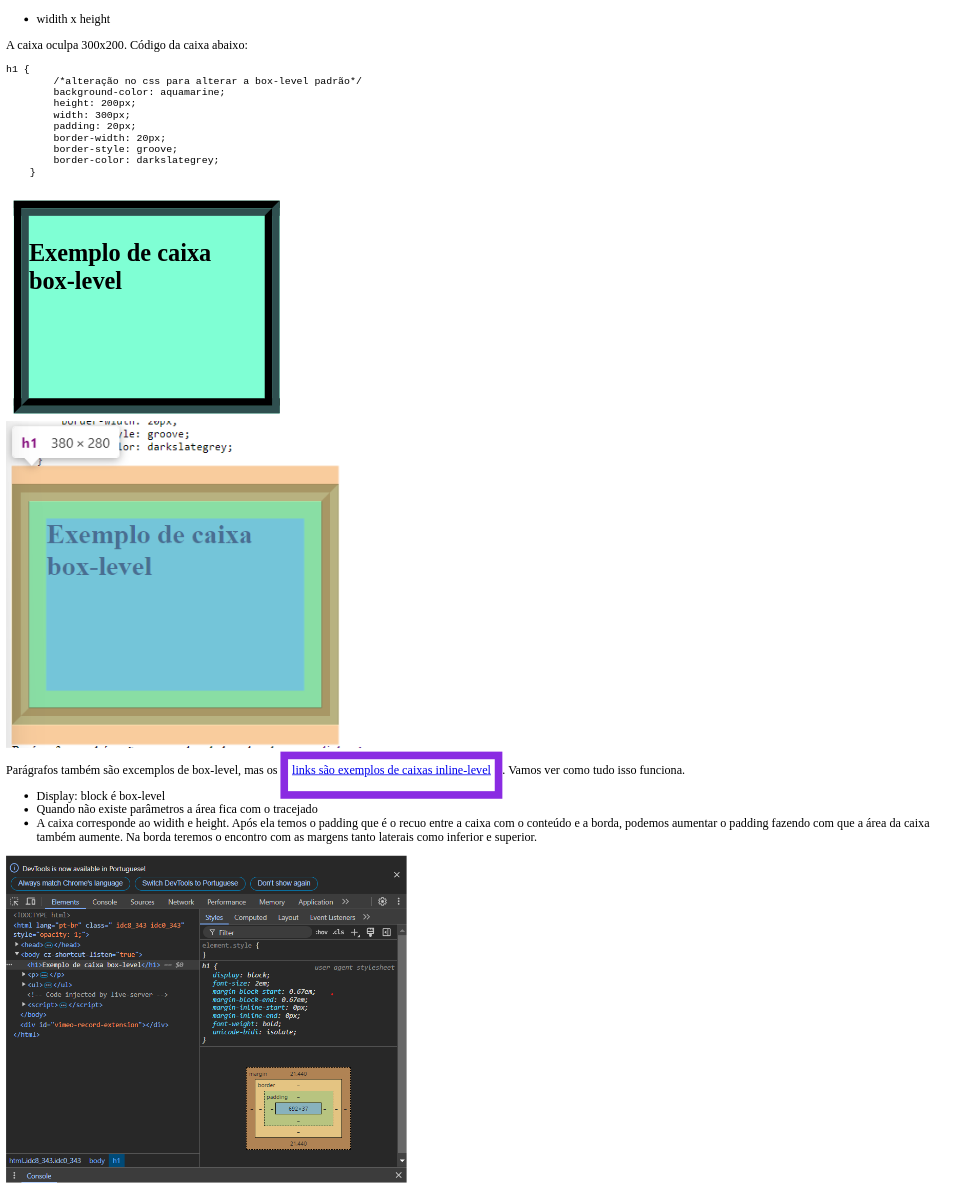
Repository: Willcmorais/vscode-workspace
Page: html-css/curso-em-video/modulo02/estudos/ex026-caixas/caixa01.html
The author's editor kept a copy of each file at every save. The page is drawn from the files as they stood at one save, then again after a run of saves.
The browser window is 1280 px wide. The pictures show the whole page, at 76% of full size.

Above is the page before, as saved 2024-09-24 11:21:26.

After the next 6 saves:
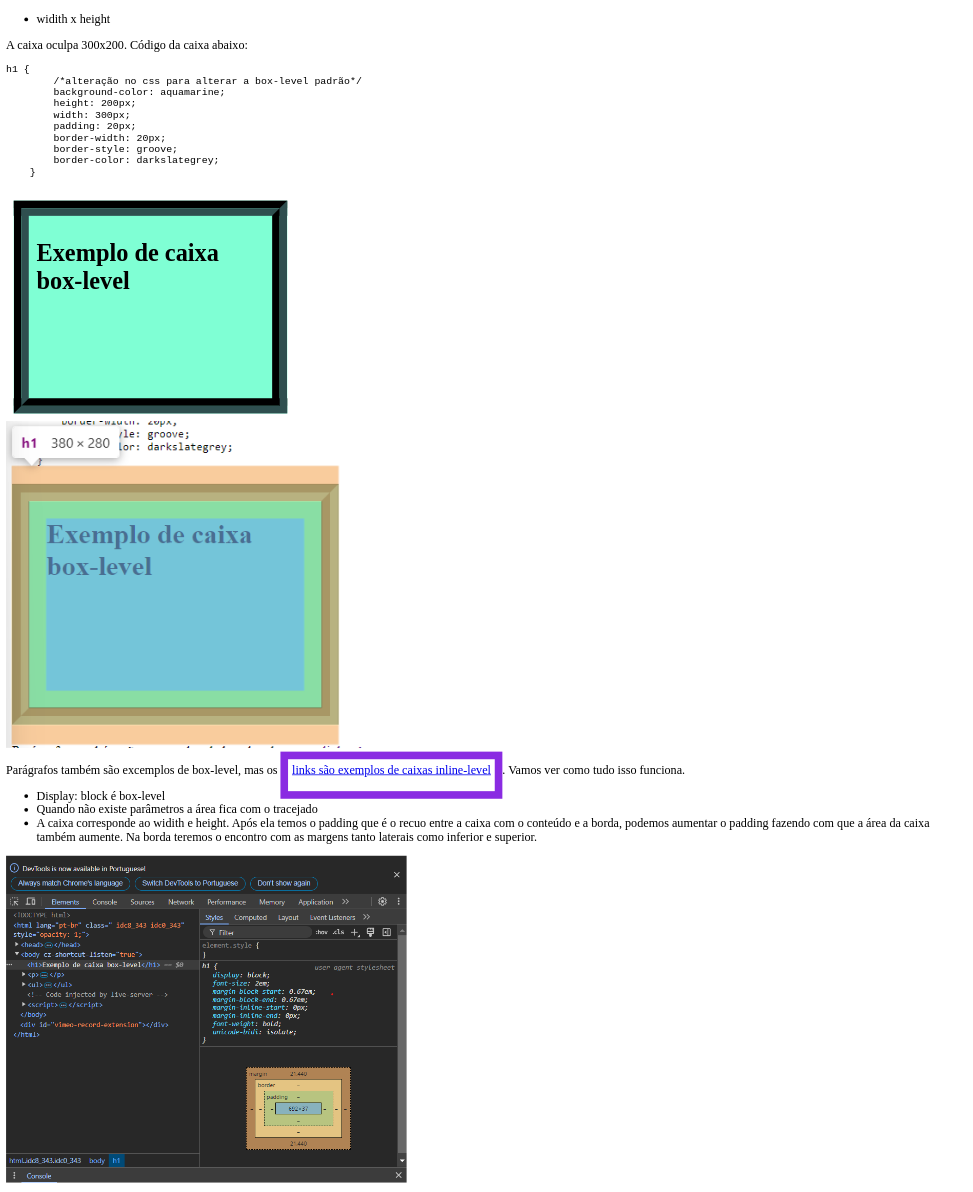
The 6 saves are shown as one change because they came seconds apart.
The last was saved 49 s later.
--- a/html-css/curso-em-video/modulo02/estudos/ex026-caixas/style.css
+++ b/html-css/curso-em-video/modulo02/estudos/ex026-caixas/style.css
@@ -9,7 +9,7 @@ h1 {
     padding-top: 30px;
     padding-right: 10px;
     padding-bottom: 10px;
-    margin-left: 10px;
+    padding-left: 10px;
     margin-top: 30px;
     margin-right: 10px;
     margin-bottom: 10px;
